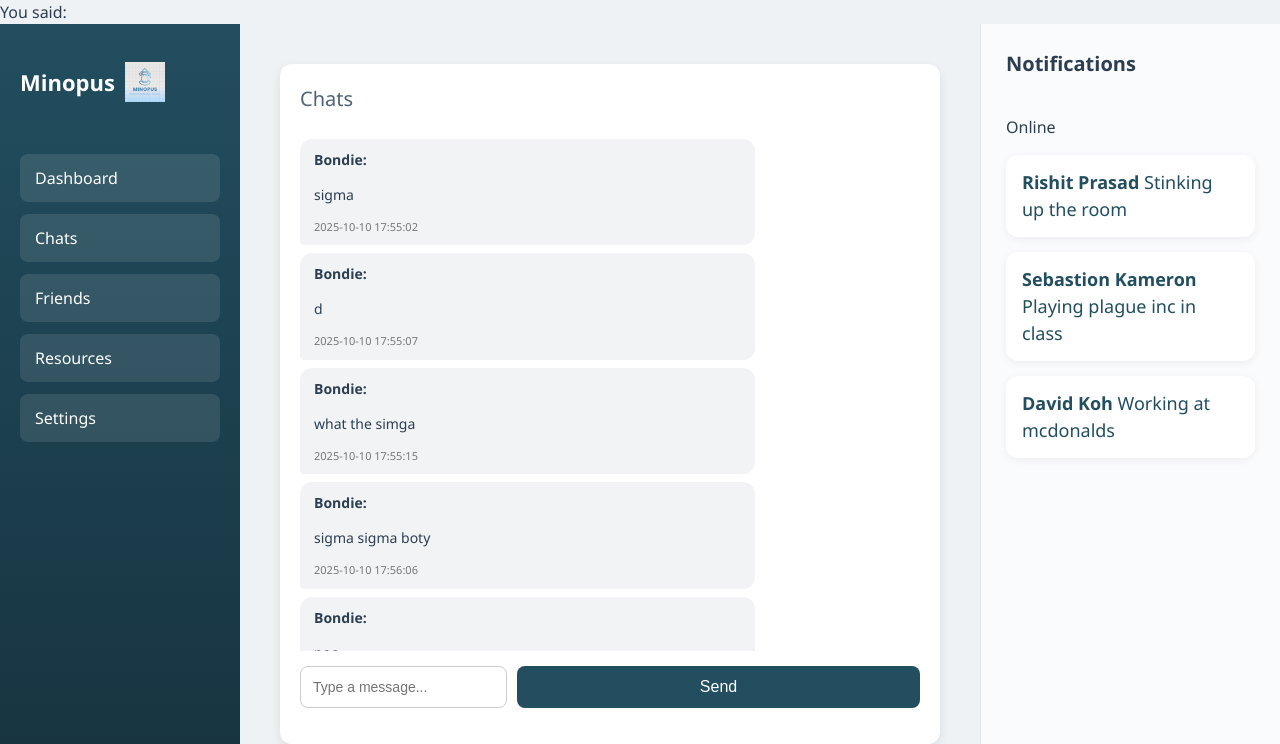
Repository: AUTemmie/Assessment-Task-3
Page: http://localhost/chat
These files come from the project's save history. The page is drawn as it stood at one moment and after the next save; the edit follows.
The browser window is 1280 px wide. The pictures show the whole page.
An inner scrolling area shows only its first screen. The page is served by the project's application, run on Flask 3 (main.py). The session is filled in as if someone had signed in: {"username": "Test User"}. The page reads the database file committed with the project.

Above is the page before, as saved 2025-10-15 13:39:05.

### templates/chat.html
You said: {% extends 'layout.html' %} {% block content %}
<div class="chat-container">
  <h2>Chats</h2>

  <!-- Messages -->
  <div class="chat-box">
    {% for sender, text, time in messages %}
    <div
      class="message {% if sender == session['username'] %}sent{% else %}received{% endif %}"
    >
      {% if sender != session['username'] %}
      <strong>{{ sender }}:</strong>
      {% endif %}
      <p>{{ text }}</p>
      <span class="time">{{ time }}</span>
    </div>
    {% endfor %}
  </div>

  <!-- Input -->
  <form class="chat-input" method="post" action="{{ url_for('send_message') }}">
    <input
      type="text"
      name="message"
      placeholder="Type a message..."
      required
    />
    <button type="submit">Send</button>
  </form>
</div>
{% endblock %}

### templates/layout.html
<!DOCTYPE html>
<html lang="en">
  <head>
    <meta charset="UTF-8" />
    <meta name="viewport" content="width=device-width, initial-scale=1.0" />
    <meta http-equiv="X-UA-Compatible" content="ie=edge" />

    <!-- ✅ Allow inline scripts -->
    <meta
      http-equiv="Content-Security-Policy"
      content="script-src 'self' 'unsafe-inline';"
    />

    <link
      rel="stylesheet"
      href="{{ url_for('static', filename='css/style.css') }}"
    />
    <link
      rel="icon"
      type="image/x-icon"
      href="{{ url_for('static', filename='images/Favicon.png') }}"
    />
    <title>{% block title %}Minopus{% endblock %}</title>
  </head>
  <body class="theme-red {% if hide_layout %}no-sidebars{% endif %}">
    <div class="dashboard-grid">
      {% if not hide_layout %}
      <!-- Left Sidebar -->
      {% include "partials/sidebar.html" %} {% endif %}

      <!-- Main Content -->
      <main class="main-panel">{% block content %}{% endblock %}</main>

      {% if not hide_layout %}
      <!-- Right Sidebar -->
      {% include "partials/notifications.html" %} {% endif %}
    </div>

    <script src="{{ url_for('static', filename='js/app.js') }}"></script>
  </body>
</html>

### templates/partials/sidebar.html
<aside class="sidebar" aria-label="Main Navigation">
  <h2 class="logo">
    Minopus
    <img
      src="{{ url_for('static', filename='images/Favicon.png') }}"
      alt="Minopus logo"
      width="40"
      height="40"
    />
  </h2>

  <nav class="sidebar-nav">
    <ul>
      <li><a href="/">Dashboard</a></li>
      <li><a href="/chat">Chats</a></li>
      <li><a href="/friends">Friends</a></li>
      <li><a href="/resources">Resources</a></li>
      <li><a href="/settings">Settings</a></li>
    </ul>
  </nav>
</aside>

### templates/partials/notifications.html
<aside class="notifications" aria-label="User Notifications">
  <h2>Notifications</h2>
  <ul class="notification-list">
    <p>Online</p>
    <!-- Friends -->
    {% for friend in friends %}
    <li>
      <span class="text"
        ><strong>{{ friend.name }}</strong> {{ friend.description }}</span
      >
    </li>
    {% endfor %}
  </ul>
</aside>

### database_manager.py
import sqlite3 as sql
import os


class DBManager:
    def __init__(self):
        # Ensure database folder exists
        db_dir = os.path.join(os.getcwd(), "database")
        os.makedirs(db_dir, exist_ok=True)

        # Define database path
        self.dbPath = os.path.join(db_dir, "data_source.db")

        # Ensure tables exist
        self._create_messages_table()
        self._create_users_table()
        self._create_extension_table()

    def listExtension(self):
        """Return all rows from the extension table."""
        con = sql.connect(self.dbPath)
        cur = con.cursor()
        cur.execute("SELECT * FROM extension")
        data = cur.fetchall()
        con.close()
        return data

    def get_user_by_first_name(self, first_name):
        """Return user data by first name."""
        con = sql.connect(self.dbPath)
        cur = con.cursor()
        query = "SELECT first_name, password FROM users WHERE first_name = ?"
        cur.execute(query, (first_name,))
        row = cur.fetchone()
        con.close()
        if row:
            return {"first_name": row[0], "password": row[1]}
        return None

    # CHAT SYSTEM
    def _create_messages_table(self):
        """Create messages table if it doesn't exist."""
        con = sql.connect(self.dbPath)
        cur = con.cursor()
        cur.execute(
            """
            CREATE TABLE IF NOT EXISTS messages (
                id INTEGER PRIMARY KEY AUTOINCREMENT,
                sender TEXT NOT NULL,
                text TEXT NOT NULL,
                time TEXT NOT NULL
            )
            """
        )
        con.commit()
        con.close()

    def add_message(self, sender, text, time):
        """Add a new message to the chat table."""
        con = sql.connect(self.dbPath)
        cur = con.cursor()
        cur.execute(
            "INSERT INTO messages (sender, text, time) VALUES (?, ?, ?)",
            (sender, text, time),
        )
        con.commit()
        con.close()

    def get_messages(self):
        """Fetch all messages."""
        con = sql.connect(self.dbPath)
        cur = con.cursor()
        cur.execute("SELECT sender, text, time FROM messages ORDER BY id ASC")
        rows = cur.fetchall()
        con.close()
        return rows

    # EXTRA TABLES FOR STABILITY
    def _create_users_table(self):
        """Create users table if it doesn't exist."""
        con = sql.connect(self.dbPath)
        cur = con.cursor()
        cur.execute(
            """
            CREATE TABLE IF NOT EXISTS users (
                id INTEGER PRIMARY KEY AUTOINCREMENT,
                first_name TEXT NOT NULL,
                password TEXT NOT NULL
            )
            """
        )
        con.commit()
        con.close()

    def _create_extension_table(self):
        """Create extension table if it doesn't exist."""
        con = sql.connect(self.dbPath)
        cur = con.cursor()
        cur.execute(
            """
            CREATE TABLE IF NOT EXISTS extension (
                id INTEGER PRIMARY KEY AUTOINCREMENT,
                name TEXT NOT NULL,
                version TEXT
            )
            """
        )
        con.commit()
        con.close()

### main.py
from flask import Flask, render_template, request, redirect, session, url_for
import database_manager as dbHandler
from datetime import datetime

app = Flask(__name__)
app.secret_key = "key"


db = dbHandler.DBManager()


db._create_messages_table()


@app.context_processor
def inject_notifications():
    friends = [
        {"id": 1, "name": "Rishit Prasad", "description": "Stinking up the room"},
        {
            "id": 2,
            "name": "Sebastion Kameron",
            "description": "Playing plague inc in class",
        },
        {"id": 3, "name": "David Koh", "description": "Working at mcdonalds"},
    ]

    current_time = datetime.now().strftime("%I:%M %p")

    return dict(
        friends=friends,
        current_time=current_time,
    )


@app.route("/", methods=["GET"])
@app.route("/index.html", methods=["GET"])
def index():
    if "username" not in session:
        return redirect("/Login")

    user = db.get_user_by_first_name(session["username"])

    if not user:
        return redirect("/Login")

    first_name = user["first_name"]
    last_name = user.get("last_name", "")

    return render_template("index.html", first_name=first_name, last_name=last_name)


@app.route("/chat", methods=["GET"])
def chat():
    if "username" not in session:
        return redirect("/Login")

    messages = db.get_messages()
    return render_template("chat.html", messages=messages)


@app.route("/send_message", methods=["POST"])
def send_message():
    if "username" not in session:
        return redirect("/Login")

    sender = session["username"]
    text = request.form["message"]
    time = datetime.now().strftime("%Y-%m-%d %H:%M:%S")

    db.add_message(sender, text, time)
    return redirect(url_for("chat"))


@app.route("/friends")
def friends_page():
    if "username" not in session:
        return redirect("/Login")
    return render_template("friends.html")


@app.route("/resources")
def resources():
    if "username" not in session:
        return redirect("/Login")
    return render_template("resource.html")


@app.route("/settings")
def settings():
    if "username" not in session:
        return redirect("/Login")
    return render_template("settings.html")


@app.route("/Login", methods=["GET", "POST"])
def login():
    if request.method == "POST":
        username = request.form["username"]
        password = request.form["password"]

        user = db.get_user_by_first_name(username)

        if user:
            if password == user["password"]:
                session["username"] = user["first_name"]
                return redirect("/")
            else:
                error = "Incorrect password"
        else:
            error = "Username not found"

        return render_template("Login.html", error=error, hide_layout=True)

    return render_template("Login.html", hide_layout=True)


@app.route("/logout")
def logout():
    session.pop("username", None)
    return redirect("/Login")


if __name__ == "__main__":
    app.run(debug=True, host="0.0.0.0", port=5000)

### static/css/style.css
/* Reset + Base */
body {
  margin: 0;
  font-family: "Segoe UI", sans-serif;
  background-color: #eef2f5;
  color: #2c3e50;
  line-height: 1.5;
}

/* Grid Layout */
.dashboard-grid {
  display: grid;
  grid-template-columns: 240px 1fr 300px;
  grid-template-rows: 100vh;
  overflow: hidden;
}

/* Sidebar */
.sidebar {
  background: linear-gradient(180deg, #224e5f, #183441);
  color: #fff;
  padding: 20px;
  display: flex;
  flex-direction: column;
}

.sidebar .logo {
  display: flex;
  align-items: center;
  gap: 10px;
  font-size: 22px;
  font-weight: bold;
  margin-bottom: 40px;
}

.sidebar ul {
  list-style: none;
  padding: 0;
  margin: 0;
}

.sidebar li {
  margin: 12px 0;
}

.sidebar a {
  display: block;
  padding: 12px 15px;
  border-radius: 8px;
  text-decoration: none;
  background: rgba(255, 255, 255, 0.1);
  color: #fff;
  font-weight: 500;
  transition: 0.25s ease;
}

.sidebar a:hover {
  background: rgba(255, 255, 255, 0.25);
}

/* Main Panel */
.main-panel {
  display: flex;
  flex-direction: column;
  padding: 40px;
  background-color: #eef2f5;
  height: 100vh;
  box-sizing: border-box;
  overflow: hidden;
}

.main-panel h1 {
  margin: 0 0 20px;
  font-size: 28px;
  font-weight: 600;
}

.main-panel h2 {
  margin-top: 0;
  font-size: 20px;
  font-weight: 500;
  color: #4d6273;
}

/* Welcome Card */
.welcome-card {
  display: flex;
  justify-content: space-between;
  align-items: center;
  background: linear-gradient(135deg, #ffffff, #f9fbfc);
  border-radius: 16px;
  padding: 25px;
  margin-bottom: 20px;
  box-shadow: 0 4px 12px rgba(0, 0, 0, 0.08);
}

.welcome-card h2 {
  margin: 0 0 10px 0;
  font-size: 22px;
  font-weight: 600;
}

.welcome-card p {
  margin: 0;
  font-size: 14px;
  color: #4d6273;
}

.welcome-card img {
  height: 120px;
  border-radius: 12px;
  object-fit: cover;
}

/* Card Grid */
.card-grid {
  display: grid;
  grid-template-columns: repeat(auto-fit, minmax(280px, 1fr));
  gap: 20px;
  flex: 1;
  min-height: 0;
}

/* Cards */
.card {
  background: #ffffff;
  border-radius: 16px;
  padding: 20px;
  box-shadow: 0 4px 12px rgba(0, 0, 0, 0.08);
  display: flex;
  flex-direction: column;
  height: 100%;
  box-sizing: border-box;
}

.card h3 {
  margin-bottom: 15px;
  font-size: 18px;
  font-weight: 600;
  color: #2c3e50;
}

.card ul {
  list-style: none;
  padding: 0;
  margin: 0;
  flex: 1;
  overflow-y: auto;
}

.card li {
  margin-bottom: 10px;
  background: #f7f9fa;
  padding: 10px 12px;
  border-radius: 10px;
  font-size: 14px;
  color: #34495e;
  transition: transform 0.15s ease, box-shadow 0.15s ease;
}

.card li:hover {
  transform: translateY(-2px);
  box-shadow: 0 2px 8px rgba(0, 0, 0, 0.1);
}

/* Recent Card Links */
.card ul li a.resource-link {
  display: block;
  background: #3498db;
  color: #fff;
  padding: 10px 14px;
  border-radius: 10px;
  margin-bottom: 10px;
  text-decoration: none;
  transition: background 0.2s ease;
}

.card ul li a.resource-link:hover {
  background: #2980b9;
}

/* Friends Card Search Input */
.friend-search {
  width: 100%;
  padding: 10px 14px;
  margin-bottom: 15px;
  border: 1px solid #ccc;
  border-radius: 12px;
  font-size: 14px;
  box-sizing: border-box;
}

.friend-search:focus {
  outline: none;
  border-color: #224e5f;
  box-shadow: 0 0 5px rgba(34, 78, 95, 0.4);
}

/* Friends List Items */
.friends-list {
  list-style: none;
  padding: 0;
  margin: 0;
  flex: 1;
  overflow-y: auto;
}

.friend {
  display: flex;
  align-items: center;
  justify-content: space-between;
  background: #f7f9fa;
  padding: 12px 16px;
  margin-bottom: 12px;
  border-radius: 12px;
  font-size: 15px;
  color: #2c3e50;
}

.friend:hover {
  transform: translateY(-2px);
  box-shadow: 0 2px 8px rgba(0, 0, 0, 0.1);
}

/* Status Indicators */
.status-icon {
  display: inline-block;
  width: 14px;
  height: 14px;
  border-radius: 50%;
  margin-right: 10px;
  border: 2px solid #fff;
}

.friend.online .status-icon {
  background-color: #43b581;
}

.friend.offline .status-icon {
  background-color: #747f8d;
}

.friend .status {
  font-weight: bold;
}

.friend.online .status {
  color: #2ecc71;
}

.friend.offline .status {
  color: #e74c3c;
}

/* Notifications Panel */
.notifications {
  background: #fafbfc;
  padding: 25px;
  border-left: 1px solid #e0e4e7;
  display: flex;
  flex-direction: column;
  overflow-y: auto;
}

.notifications h2 {
  margin: 0 0 20px;
  font-size: 20px;
  font-weight: 600;
}

.notifications ul {
  list-style: none;
  padding: 0;
  margin: 0;
}

.notifications li {
  margin-bottom: 15px;
  background: #fff;
  padding: 14px 16px;
  border-radius: 12px;
  display: flex;
  align-items: center;
  justify-content: space-between;
  font-size: 14px;
  box-shadow: 0 2px 8px rgba(0, 0, 0, 0.06);
  transition: transform 0.2s ease;
}

.notifications li:hover {
  transform: translateY(-3px);
}

.notifications span {
  margin-right: 8px;
  font-size: 18px;
  color: #224e5f;
}

/* Chat Panel */
.chat-container {
  display: flex;
  flex-direction: column;
  height: 100%;
  background: #fff;
  border-radius: 12px;
  box-shadow: 0 4px 12px rgba(0, 0, 0, 0.08);
  padding: 20px;
}

.chat-box {
  flex: 1;
  overflow-y: auto;
  padding-right: 10px;
  margin-bottom: 15px;
}

.message {
  max-width: 70%;
  margin: 8px 0;
  padding: 10px 14px;
  border-radius: 12px;
  font-size: 14px;
  position: relative;
}

.message.sent {
  background: #224e5f;
  color: #fff;
  margin-left: auto;
  border-bottom-right-radius: 4px;
}

.message.received {
  background: #f1f3f5;
  color: #2c3e50;
  margin-right: auto;
  border-bottom-left-radius: 4px;
}

.message .time {
  display: block;
  font-size: 11px;
  color: #777;
  margin-top: 4px;
}

.chat-input {
  display: flex;
  gap: 10px;
}

.chat-input input {
  flex: 1;
  padding: 12px;
  border-radius: 8px;
  border: 1px solid #ccc;
  font-size: 14px;
}

.chat-input button {
  background: #224e5f;
  color: #fff;
  border: none;
  padding: 12px 18px;
  border-radius: 8px;
  cursor: pointer;
  transition: 0.2s ease;
}

.chat-input button:hover {
  background: #1a3b48;
}

/* Settings Page */
.settings-page {
  padding: 20px;
}

.page-title {
  margin-bottom: 20px;
}

.settings-content {
  background: #ffffff;
  border-radius: 12px;
  padding: 25px;
  box-shadow: 0 2px 6px rgba(0, 0, 0, 0.1);
  max-width: 600px;
}

.settings-content h3 {
  margin-bottom: 20px;
}

.settings-form {
  display: flex;
  flex-direction: column;
  gap: 18px;
}

.settings-form label {
  display: flex;
  flex-direction: column;
  font-size: 14px;
  color: #34495e;
}

.settings-form input {
  padding: 10px;
  margin-top: 6px;
  border: 1px solid #dcdde1;
  border-radius: 8px;
  outline: none;
}

.settings-form input:focus {
  border-color: #3498db;
}

.save-btn {
  padding: 12px;
  border: none;
  border-radius: 8px;
  background: #3498db;
  color: #fff;
  font-weight: bold;
  cursor: pointer;
  transition: background 0.2s;
}

.save-btn:hover {
  background: #2980b9;
}

.logout-link {
  display: inline-block;
  margin-top: 15px;
  color: #fff;
  background-color: #e74c3c;
  padding: 8px 12px;
  text-decoration: none;
  border-radius: 4px;
}

.logout-link:hover {
  background-color: #c0392b;
}

/* Resources Page */
.resources-container {
  display: flex;
  gap: 20px;
  flex-wrap: wrap;
  margin-top: 20px;
}

.resource-card {
  background-color: #f5f7fa;
  padding: 20px;
  border-radius: 12px;
  flex: 1 1 250px;
  box-shadow: 0 4px 6px rgba(0, 0, 0, 0.1);
}

.resource-card h3 {
  margin-top: 0;
  color: #2c3e50;
}

.resource-card p {
  color: #34495e;
  margin-bottom: 15px;
}

.resource-link {
  display: inline-block;
  text-decoration: none;
  background-color: #3498db;
  color: white;
  padding: 8px 12px;
  border-radius: 5px;
}

.resource-link:hover {
  background-color: #2980b9;
}

/* Login Page */

body.no-sidebars .dashboard-grid {
  grid-template-columns: 1fr; /* full width */
}

body.no-sidebars .sidebar,
body.no-sidebars .notifications {
  display: none !important;
}

.login-container {
  max-width: 400px;
  margin: 80px auto;
  background: #fff;
  padding: 30px;
  border-radius: 16px;
  box-shadow: 0 4px 12px rgba(0, 0, 0, 0.08);
  text-align: center;
}

.login-container h2 {
  margin-bottom: 20px;
  font-size: 24px;
  font-weight: 600;
  color: #224e5f;
}

.form-group {
  text-align: left;
  margin-bottom: 15px;
}

.form-group label {
  display: block;
  margin-bottom: 6px;
  font-size: 14px;
  font-weight: 500;
  color: #2c3e50;
}

.form-group input {
  width: 100%;
  padding: 12px;
  border-radius: 8px;
  border: 1px solid #ccc;
  font-size: 14px;
  box-sizing: border-box;
}

button[type="submit"] {
  width: 100%;
  padding: 12px;
  background: #224e5f;
  color: #fff;
  border: none;
  border-radius: 8px;
  font-size: 16px;
  font-weight: 500;
  cursor: pointer;
  transition: 0.25s ease;
}

button[type="submit"]:hover {
  background: #1a3b48;
}

.error {
  color: red;
  font-size: 14px;
  margin-bottom: 15px;
}

.signup-link {
  margin-top: 15px;
  font-size: 14px;
}

.signup-link a {
  color: #224e5f;
  text-decoration: none;
  font-weight: 500;
}

.signup-link a:hover {
  text-decoration: underline;
}

### static/js/app.js
if ("serviceworker" in navigator) {
  window.addEventListener("load", function () {
    navigator.serviceworker
      .register("static/js/serviceworker.js")
      .then((res) => console.log("service worker registered"))
      .catch((err) => console.log("service worker not registered", err));
  });
}

### database/data_source.db (the tables this page reads, as SQL)
CREATE TABLE messages (
                id INTEGER PRIMARY KEY AUTOINCREMENT,
                sender TEXT NOT NULL,
                text TEXT NOT NULL,
                time TEXT NOT NULL
            );
INSERT INTO "messages" VALUES
(1, 'Bondie', 'sigma', '2025-10-10 17:55:02'),
(2, 'Bondie', 'd', '2025-10-10 17:55:07'),
(3, 'Bondie', 'what the simga', '2025-10-10 17:55:15'),
(4, 'Bondie', 'sigma sigma boty', '2025-10-10 17:56:06'),
(5, 'Bondie', 'poo', '2025-10-10 17:56:18'),
(6, 'Bondie', 'jason smells like a fart', '2025-10-14 09:25:52'),
(7, 'Bondie', 'tim smells', '2025-10-14 09:55:50'),
(8, 'Easter', 'tim does smell like a poo', '2025-10-14 09:56:36'),
(9, 'Penelope', 'Mckale likes boys', '2025-10-15 08:49:21'),
(10, 'Sebastion', 'hhyhu', '2025-10-15 14:46:58'),
(11, 'Sebastion', 'hyuygyu', '2025-10-15 14:47:03'),
(12, 'Sebastion', 'dsa', '2025-10-15 14:48:13'),
(13, 'emily', 'a', '2025-10-15 15:00:17'),
(14, 'wall', 'im in love with men', '2025-10-15 15:03:58'),
(15, 'Bondie', 'shut up wall', '2025-10-15 15:05:07'),
(16, 'Bondie', 'hello', '2025-10-15 15:05:37'),
(17, 'wall', 'yes i am with u', '2025-10-15 15:06:17');

After the next save:
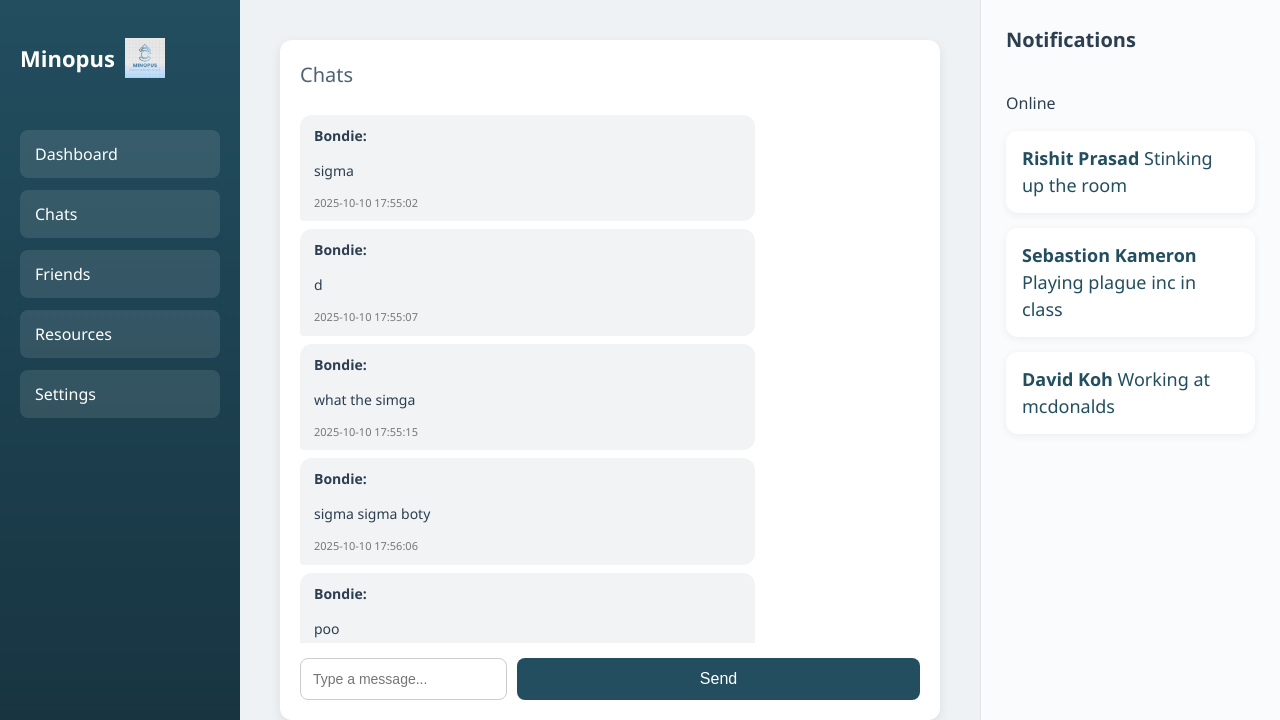
Saved 11 min 33 s later.
--- a/templates/chat.html
+++ b/templates/chat.html
@@ -1,4 +1,4 @@
-You said: {% extends 'layout.html' %} {% block content %}
+{% extends 'layout.html' %} {% block content %}
 <div class="chat-container">
   <h2>Chats</h2>
 
